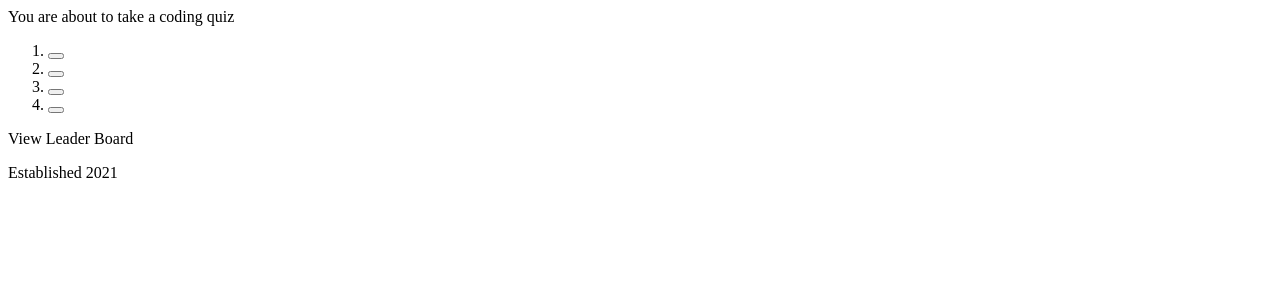
Repository: stuart-rickard/coding-quiz
Page: index.html
An editor plug-in stored every save of this project. The page is shown before and after the next save, followed by the edit.
The browser window is 1280 px wide. The pictures show the whole page.

Above is the page before, as saved 2021-11-22 20:06:45.

### index.html
<!DOCTYPE html>
<html lang="en">

<head>
  <meta charset="UTF-8">
  <meta name="viewport" content="width=device-width, initial-scale=1.0">
  <meta http-equiv="X-UA-Compatible" content="ie=edge">
  <title>Coding Quiz</title>
  <link rel="stylesheet" href="./assets/css/style.css">
</head>

<body>
  <main>
    <div class="preamble">
      You are about to take a coding quiz
    </div>
    <div class="quiz-question-answerform">
      <div class="question">

      </div>
      <form class="answer-form">
        <ol>
          <li class="answer-li">
            <button id="#answer-a"></button>
          </li>
          <li class="answer-li">
            <button id="#answer-b"></button>
          </li>
          <li class="answer-li">
            <button id="#answer-c"></button>
          </li>
          <li class="answer-li">
            <button id="#answer-d"></button>
          </li>
        </ol>
      </form>
    </div>
  </main>


  <footer>
    <p>View Leader Board</p>
    <p>Established 2021</p>
  </footer>

  <script src="./assets/js/script.js"></script>
</body>

</html>

### assets/css/style.css
* {
    box-sizing: border-box;
  }

  :root {
    --primary: #44e9ff;
    --secondary: #497980;
    --tertiary: rgb(192, 246, 253);
    --grey: #333;
  }

### assets/js/script.js
var taskIdCounter = 0;

After the next save:
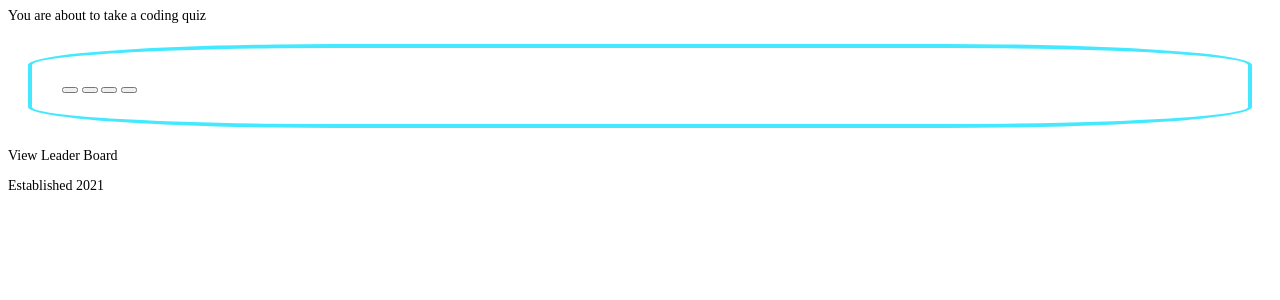
Saved 12 min 24 s later.
--- a/index.html
+++ b/index.html
@@ -19,20 +19,10 @@
 
       </div>
       <form class="answer-form">
-        <ol>
-          <li class="answer-li">
-            <button id="#answer-a"></button>
-          </li>
-          <li class="answer-li">
-            <button id="#answer-b"></button>
-          </li>
-          <li class="answer-li">
-            <button id="#answer-c"></button>
-          </li>
-          <li class="answer-li">
-            <button id="#answer-d"></button>
-          </li>
-        </ol>
+            <button class="answer-li" id="#answer-a"></button>
+            <button class="answer-li" id="#answer-b"></button>
+            <button class="answer-li" id="#answer-c"></button>
+            <button class="answer-li" id="#answer-d"></button>
       </form>
     </div>
   </main>
--- a/assets/css/style.css
+++ b/assets/css/style.css
@@ -1,10 +1,29 @@
+:root {
+  --primary: #44e9ff;
+  --secondary: #497980;
+  --tertiary: rgb(192, 246, 253);
+  --grey: #333;
+
+
+  --regular-line-width: 4px;
+
+  --border-radius-regular: 25%;
+}
+
 * {
     box-sizing: border-box;
+    font-size: 14px;
   }
 
-  :root {
-    --primary: #44e9ff;
-    --secondary: #497980;
-    --tertiary: rgb(192, 246, 253);
-    --grey: #333;
-  }
+.main {
+    width: 300px;
+}
+
+.answer-form {
+    margin: 20px;
+    border: var(--regular-line-width) solid var(--primary);
+    border-radius: var(--border-radius-regular);
+    padding: 30px;
+}
+
+.answer-li
